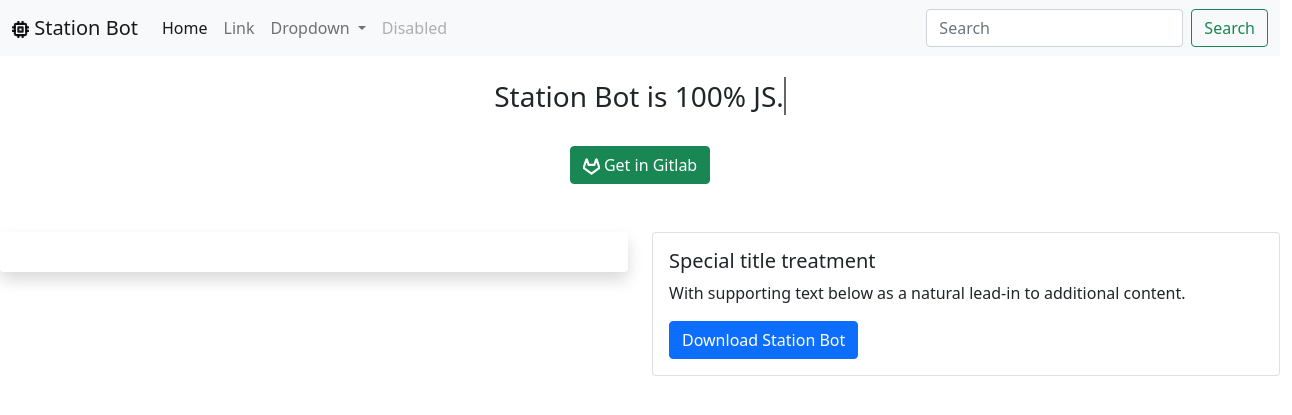
Repository: Valenplayer3000/StationBot-Web
Page: index.html
An editor plug-in stored every save of this project. The page is shown before and after the next save, followed by the edit.
The browser window is 1280 px wide. The page is 1292 px wide, so the pictures cover 1292 px, including what lies to the right of the window. The pictures show the whole page.
Some web libraries are served in a nearby version.

Above is the page before, as saved 2021-11-01 13:06:26.

### index.html
<!DOCTYPE html>
<head>
    <!-- Required meta tags -->
    <meta charset="utf-8">
    <meta name="viewport" content="width=device-width, initial-scale=1">

    <!-- Bootstrap CSS and JS -->
    <script src="https://cdn.jsdelivr.net/npm/bootstrap@5.1.3/dist/js/bootstrap.bundle.min.js" integrity="sha384-ka7Sk0Gln4gmtz2MlQnikT1wXgYsOg+OMhuP+IlRH9sENBO0LRn5q+8nbTov4+1p" crossorigin="anonymous"></script>
    <link href="https://cdn.jsdelivr.net/npm/bootstrap@5.1.3/dist/css/bootstrap.min.css" rel="stylesheet" integrity="sha384-1BmE4kWBq78iYhFldvKuhfTAU6auU8tT94WrHftjDbrCEXSU1oBoqyl2QvZ6jIW3" crossorigin="anonymous">

    <!-- Font Awesome (Icons) -->
    <script src="https://kit.fontawesome.com/e5254c2b1e.js" crossorigin="anonymous"></script>

    <!-- Feather Icons -->
    <script src="https://unpkg.com/feather-icons"></script>
    <!-- Site's Titles -->
    <title>Station Bot</title>
</head>
<html lang="en">
  <nav class="navbar navbar-expand-lg navbar-light bg-light">
    <div class="container-fluid">
      <a class="navbar-brand" href="#"><i data-feather="cpu"></i> Station Bot</a>
      <button class="navbar-toggler" type="button" data-bs-toggle="collapse" data-bs-target="#navbarSupportedContent" aria-controls="navbarSupportedContent" aria-expanded="false" aria-label="Toggle navigation">
        <span class="navbar-toggler-icon"></span>
      </button>
      <div class="collapse navbar-collapse" id="navbarSupportedContent">
        <ul class="navbar-nav me-auto mb-2 mb-lg-0">
          <li class="nav-item">
            <a class="nav-link active" aria-current="page" href="#">Home</a>
          </li>
          <li class="nav-item">
            <a class="nav-link" href="#">Link</a>
          </li>
          <li class="nav-item dropdown">
            <a class="nav-link dropdown-toggle" href="#" id="navbarDropdown" role="button" data-bs-toggle="dropdown" aria-expanded="false">
              Dropdown
            </a>
            <ul class="dropdown-menu" aria-labelledby="navbarDropdown">
              <li><a class="dropdown-item" href="#">Action</a></li>
              <li><a class="dropdown-item" href="#">Another action</a></li>
              <li><hr class="dropdown-divider"></li>
              <li><a class="dropdown-item" href="#">Something else here</a></li>
            </ul>
          </li>
          <li class="nav-item">
            <a class="nav-link disabled">Disabled</a>
          </li>
        </ul>
        <form class="d-flex">
          <input class="form-control me-2" type="search" placeholder="Search" aria-label="Search">
          <button class="btn btn-outline-success" type="submit">Search</button>
        </form>
      </div>
    </div>
  </nav>
  <br>
  <h3 class="header">Station Bot is
    <span class="txt-rotate" data-period="2000"data-rotate='[ "easy to use.", "simple.", "100% JS.", "100% customizable."]'></span>
  </h3>
  <br>
  <div>
  <button class="btn btn-success button-center"><a herf=""><i data-feather="gitlab"></i> Get in Gitlab</a></button>
  </div>
  <br>
  <br>
    <div class="row">
        <div class="col-sm-6">
          <div class="shadow p-3 mb-5 bg-body rounded">
            <h3 class="card-title"></h3>
          </div>
        </div>
        <div class="col-sm-6">
          <div class="card">
            <div class="card-body">
              <h5 class="card-title">Special title treatment</h5>
              <p class="card-text">With supporting text below as a natural lead-in to additional content.</p>
              <!-- Button trigger modal -->
                <button type="button" class="btn btn-primary" data-bs-toggle="modal" data-bs-target="#exampleModal">
                  Download Station Bot
                </button>

                <!-- Modal -->
                <div class="modal fade" id="exampleModal" tabindex="-1" aria-labelledby="exampleModalLabel" aria-hidden="true">
                  <div class="modal-dialog">
                    <div class="modal-content">
                      <div class="modal-header">
                        <h5 class="modal-title" id="exampleModalLabel">Modal title</h5>
                        <button type="button" class="btn-close" data-bs-dismiss="modal" aria-label="Close"></button>
                      </div>
                      <div class="modal-body">
                        ...
                      </div>
                      <div class="modal-footer">
                        <button type="button" class="btn btn-secondary" data-bs-dismiss="modal">Close</button>
                      </div>
                    </div>
                  </div>
                </div>
            </div>
          </div>
        </div>
      </div>
      <br>
</html>
<style>
  .feather {
  width: 17px;
  height: 17px;
  stroke: currentColor;
  stroke-width: 3;
  stroke-linecap: round;
  stroke-linejoin: round;
  fill: none;
}
.header{
  text-align: center;
}
</style>
<script>
  feather.replace()
</script>
<script>
  var TxtRotate = function(el, toRotate, period) {
  this.toRotate = toRotate;
  this.el = el;
  this.loopNum = 1;
  this.period = parseInt(period, 10) || 1000;
  this.txt = '';
  this.tick();
  this.isDeleting = false;
};

TxtRotate.prototype.tick = function() {
  var i = this.loopNum % this.toRotate.length;
  var fullTxt = this.toRotate[i];

  if (this.isDeleting) {
    this.txt = fullTxt.substring(0, this.txt.length - 1);
  } else {
    this.txt = fullTxt.substring(0, this.txt.length + 1);
  }

  this.el.innerHTML = '<span class="wrap">'+this.txt+'</span>';

  var that = this;
  var delta = 200 - Math.random() * 100;

  if (this.isDeleting) { delta /= 2; }

  if (!this.isDeleting && this.txt === fullTxt) {
    delta = this.period;
    this.isDeleting = true;
  } else if (this.isDeleting && this.txt === '') {
    this.isDeleting = false;
    this.loopNum++;
    delta = 500;
  }

  setTimeout(function() {
    that.tick();
  }, delta);
};

window.onload = function() {
  var elements = document.getElementsByClassName('txt-rotate');
  for (var i=0; i<elements.length; i++) {
    var toRotate = elements[i].getAttribute('data-rotate');
    var period = elements[i].getAttribute('data-period');
    if (toRotate) {
      new TxtRotate(elements[i], JSON.parse(toRotate), period);
    }
  }
  // INJECT CSS
  var css = document.createElement("style");
  css.type = "text/css";
  css.innerHTML = ".txt-rotate > .wrap { border-right: 0.09em solid #666 }";
  document.body.appendChild(css);
};
</script>
<style>
@import url('https://fonts.googleapis.com/css2?family=Inter:wght@100;200;300;400;500;600;700;800;900&display=swap');
.tpyewirter {
text-align: center;
  font-family: 'Inter';
}
.button-center{
  display: flex;
  margin: auto;
}
</style>

After the next save:
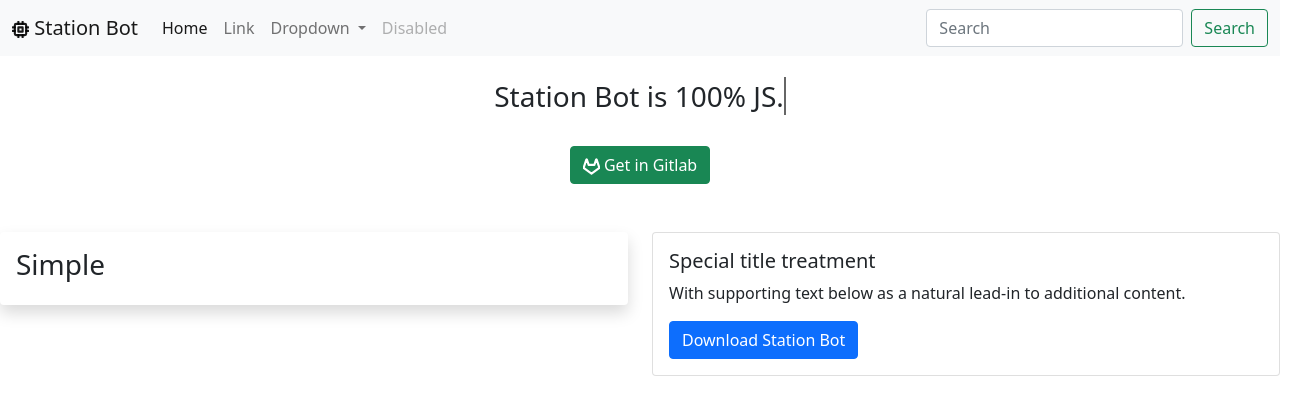
Saved 5 s later.
--- a/index.html
+++ b/index.html
@@ -66,7 +66,7 @@
     <div class="row">
         <div class="col-sm-6">
           <div class="shadow p-3 mb-5 bg-body rounded">
-            <h3 class="card-title"></h3>
+            <h3 class="card-title">Simple</h3>
           </div>
         </div>
         <div class="col-sm-6">
